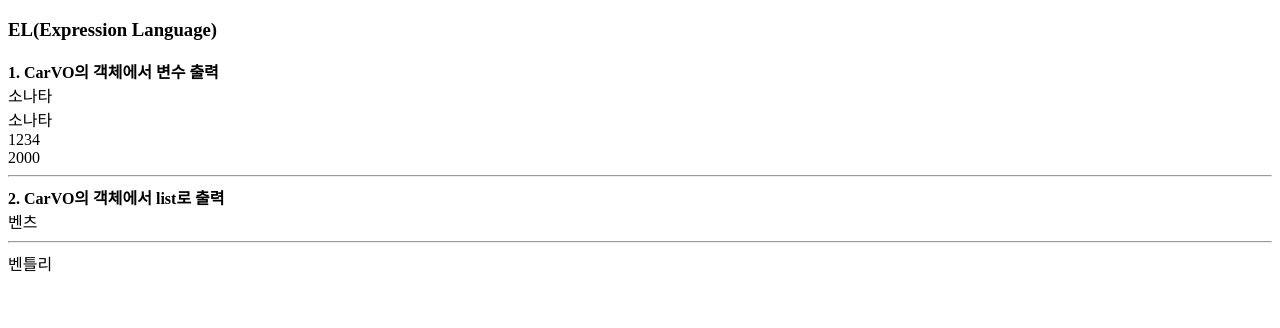
Repository: doridori890130/JSP
Page: http://localhost/jstl_study/step1.jsp
The author's editor kept a copy of each file at every save. The page is drawn from the files as they stood at one save, then again after the next save.
The browser window is 1280 px wide. The pictures show the whole page.
The page is served by Tomcat 9. Other server files are loaded and not shown.

Above is the page before, as saved 2023-05-09 06:17:57.

### jstl_project/jstl_study/src/main/webapp/step1.jsp
<%@page import="java.util.HashMap"%>
<%@page import="java.util.ArrayList"%>
<%@ page import="model.CarVO" %>
<%@ page language="java" contentType="text/html; charset=UTF-8"
    pageEncoding="UTF-8"%>

<!DOCTYPE html>
<html>
<head>
<meta charset="UTF-8">
<title>EL연습</title>
</head>
<body>

 <h3>EL(Expression Language)</h3>
	<%
		CarVO car = new CarVO("1234","소나타",2000);
		//request.setAttribute : request 객체에 값을 저장하는 역할
		//request.setAttribute("변수명",값);
		//request.getAttribute : request 객체에 값을 가져오는 역할

		request.setAttribute("cvo", car);
	%>
	<!-- 변수 출력 -->
	<strong> 1. CarVO의 객체에서 변수 출력</strong> <br>
	<!-- 방법 1 : requestScope를 사용 -->
	${requestScope.cvo.name}<br>
	<!-- 방법 2 : requestScope (생략가능) -->
	${cvo.name}<br> ${cvo.num } <br>${cvo.price }<br>

	<hr>

	<!-- 리스트로 변수 출력 -->
	<%
		ArrayList<CarVO> list = new ArrayList<CarVO>();
	  	list.add(new CarVO("4567","벤츠",5000));
	  	session.setAttribute("carList", list);
	%>
	<strong> 2. CarVO의 객체에서 list로 출력</strong> <br>
	${sessionScope.carList[0].name } <br>
	<hr>

	<!-- 해쉬맵으로 변수를 출력  key:car1, value : instance -->
	<%
		HashMap<String, CarVO> map = new HashMap<>();

		map.put("car1", new CarVO("8912","벤틀리",10000));
		session.setAttribute("Carhash", map);
	%>

	${sessionScope.Carhash.car1.name } <br>

</body>
</html>

### jstl_project/jstl_study/src/main/java/model/CarVO.java
package model;

public class CarVO {

	//num, name, price
	private String num;
	private String name;
	private int price;

	public CarVO() {}

	public CarVO(String num, String name, int price) {
		this.num=num;
		this.name=name;
		this.price=price;
	}

	public String getNum() {
		return num;
	}

	public void setNum(String num) {
		this.num = num;
	}

	public String getName() {
		return name;
	}

	public void setName(String name) {
		this.name = name;
	}

	public int getPrice() {
		return price;
	}

	public void setPrice(int price) {
		this.price = price;
	}


}

After the next save:
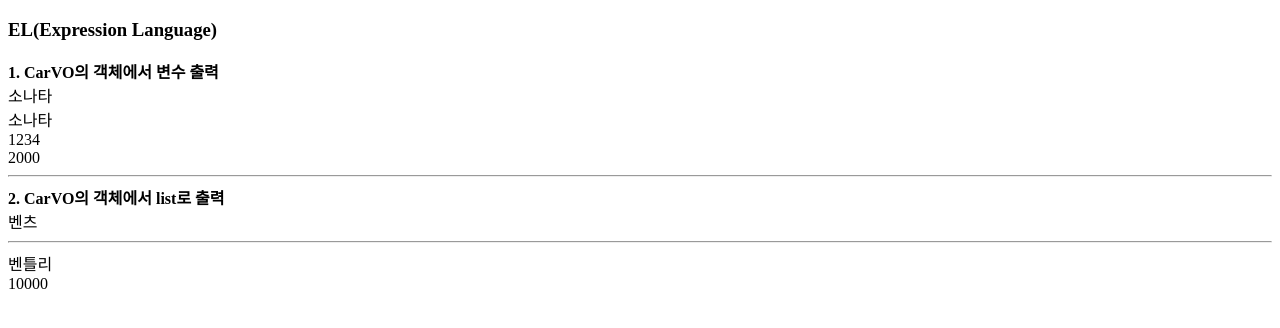
Saved 5 min 52 s later.
--- a/jstl_project/jstl_study/src/main/webapp/step1.jsp
+++ b/jstl_project/jstl_study/src/main/webapp/step1.jsp
@@ -48,7 +48,7 @@
 		session.setAttribute("Carhash", map);
 	%>
 
-	${sessionScope.Carhash.car1.name } <br>
+	${sessionScope.Carhash.car1.name } <br> ${sessionScope.Carhash.car1.price }
 
 </body>
 </html>
